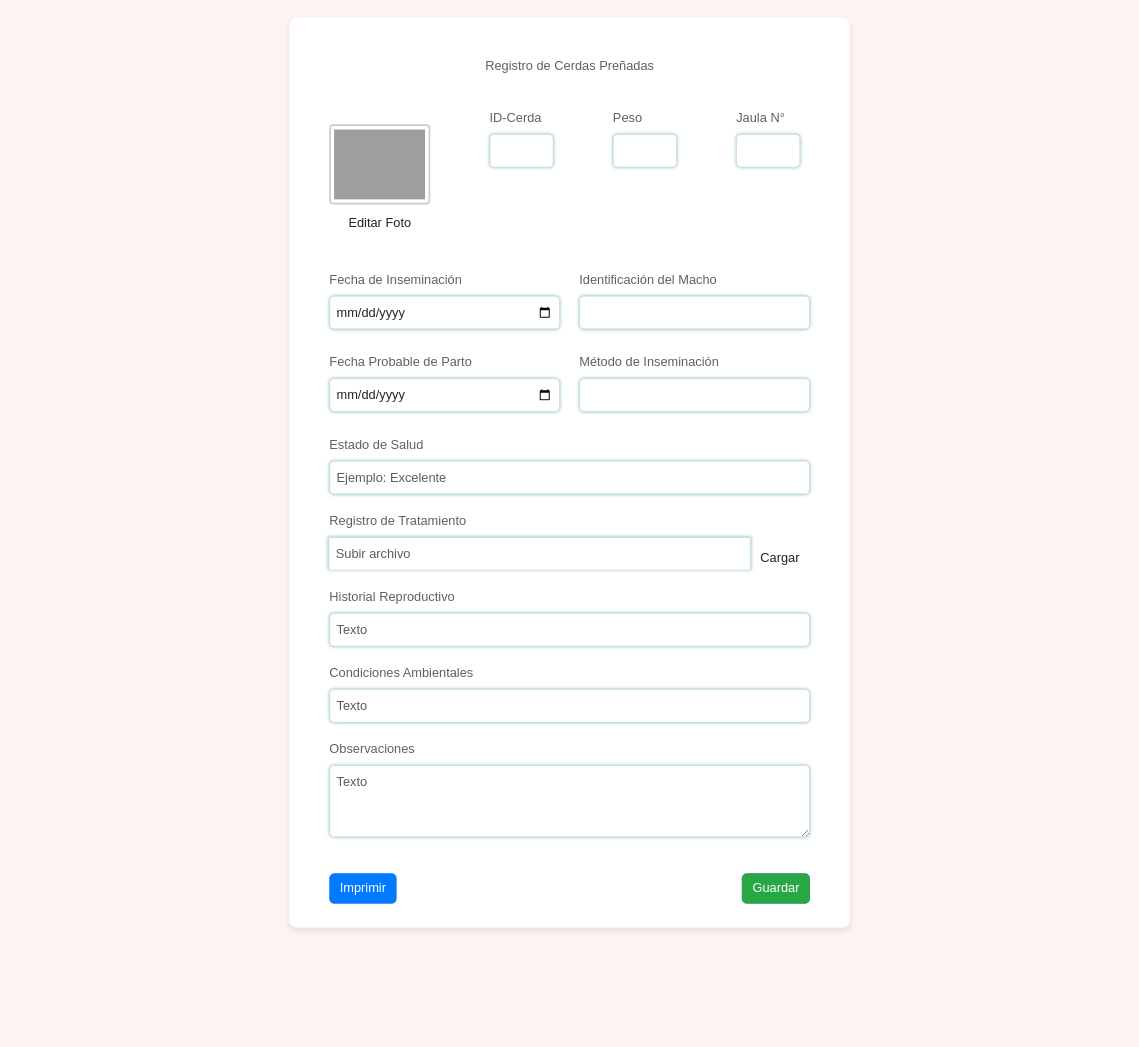
Repository: Mateojimenezz/Granja-Santa-Helena
Page: fomularioRegHembrasPreñadas.html
The author's editor kept a copy of each file at every save. The page is drawn from the files as they stood at one save, then again after a run of saves.
The browser window is 1280 px wide. The pictures show the whole page, at 89% of full size.
Pictures or frames that could not be fetched are drawn as grey boxes. Some web fonts or font styles are not loaded; a fallback is used.

Above is the page before, as saved 2025-04-29 10:57:01.

### fomularioRegHembrasPreñadas.html
<!DOCTYPE html>
<html lang="es">
<head>
  <meta charset="UTF-8">
  <meta name="viewport" content="width=device-width, initial-scale=1.0">
  <title>Formulario de Registro de Cerdas</title>
  <link href="https://cdn.jsdelivr.net/npm/bootstrap@5.3.0/dist/css/bootstrap.min.css" rel="stylesheet">
  <link href="https://fonts.googleapis.com/css2?family=Calistoga&display=swap" rel="stylesheet">
  <link rel="stylesheet" href="./assets/css/fomularioRegHembrasPreñadas.css">
</head>
<body>
    <div class="form-container">
        <h3 class="text-center mb-4">Registro de Cerdas Preñadas</h3>
        <form id="cerdaForm">
          <!-- Campos principales: ID, Peso y Jaula -->
          <div class="row mb-3 ">
            <div class=" col-md-3 DivphotoCerda text-center mb-4">
                <!-- Imagen de la cerda -->
                <img id="cerdaPhoto" src="./assets/img/default-photo.jpg" alt="Foto de la Cerda" class="img-thumbnail" >
                <!-- Botón para editar foto -->
                <a class="btn btn-cerdaPhoto mt-1" onclick="document.getElementById('photoInput').click()">Editar Foto</a>
                <!-- Input oculto para subir la foto -->
                <input type="file" id="photoInput" style="display: none;" accept="image/*" onchange="updatePhoto(event)">
              </div>
            <div class="col-md-2 input-group1 mb-3">
              <label for="idCerda" class="form-label">ID-Cerda</label>
              <input type="text" class="form-control" id="idCerda" name="idCerda" required>
            </div>
            <div class="col-md-2 input-group1">
              <label for="pesoCerda" class="form-label">Peso</label>
              <input type="text" class="form-control" id="pesoCerda" name="pesoCerda" required>
            </div>
            <div class="col-md-2 input-group1">
              <label for="jaulaCerda" class="form-label">Jaula N°</label>
              <input type="text" class="form-control" id="jaulaCerda" name="jaulaCerda" required>
            </div>
          </div>
          <div class="row mb-4">
            <!-- Fecha de Inseminación -->
            <div class="col-md-6">
              <label for="fechaInseminacion" class="form-label">Fecha de Inseminación</label>
              <input type="date" class="form-control" id="fechaInseminacion" name="fechaInseminacion" placeholder="DD/MM/AAAA" required>
            </div>

            <!-- Identificación del Macho -->
            <div class="col-md-6">
              <label for="idMacho" class="form-label">Identificación del Macho</label>
              <input type="text" class="form-control" id="idMacho" name="idMacho" required>
            </div>
            </div>
            <div class="row mb-4">
                <!-- Fecha Probable de Parto -->
                <div class="col-md-6">
                <label for="fechaParto" class="form-label">Fecha Probable de Parto</label>
                <input type="date" class="form-control" id="fechaParto" name="fechaParto" placeholder="DD/MM/AAAA" required>
            </div>

            <!-- Método de Inseminación -->
            <div class="col-md-6">
                <label for="metodoInseminacion" class="form-label">Método de Inseminación</label>
                <input type="text" class="form-control" id="metodoInseminacion" name="metodoInseminacion" required>
            </div>
            </div>
            <div class="row mb-4">
                <!-- Estado de Salud -->
                <div class="col-md-12 mb-3">
                  <label for="estadoSalud" class="form-label">Estado de Salud</label>
                  <input type="text" class="form-control" id="estadoSalud" name="estadoSalud" placeholder="Ejemplo: Excelente" required>
                </div>

                <!-- Registro de Tratamiento con el botón dentro del input -->
                <div class="col-md-12 mb-3">
                  <label for="registroTratamiento" class="form-label">Registro de Tratamiento</label>
                  <div class="input-group">
                    <input type="file" class="form-control" id="registroTratamiento" style="display: none;" accept=".pdf,.doc,.docx">
                    <input type="text" class="form-control" placeholder="Subir archivo" readonly id="archivoNombre">
                    <button type="button" class="btn btn-tratamiento mt-1" onclick="document.getElementById('registroTratamiento').click()">Cargar</button>
                  </div>
                </div>

                <!-- Historial Reproductivo -->
                <div class="col-md-12 mb-3">
                  <label for="historialReproductivo" class="form-label">Historial Reproductivo</label>
                  <input type="text" class="form-control" id="historialReproductivo" name="historialReproductivo" placeholder="Texto" required>
                </div>

                <!-- Condiciones Ambientales -->
                <div class="col-md-12 mb-3">
                  <label for="condicionesAmbientales" class="form-label">Condiciones Ambientales</label>
                  <input type="text" class="form-control" id="condicionesAmbientales" name="condicionesAmbientales" placeholder="Texto" required>
                </div>

                <!-- Observaciones -->
                <div class="col-md-12 mb-3">
                  <label for="observaciones" class="form-label">Observaciones</label>
                  <textarea class="form-control" id="observaciones" name="observaciones" rows="3" placeholder="Texto" required></textarea>
                </div>
              </div>





          <!-- Botones de imprimir y guardar -->
          <div class="button-group text-center">
            <button type="button" class="btn btn-primary btn-print me-2" onclick="imprimirFormulario()">Imprimir</button>
            <button type="submit" class="btn btn-success btn-save">Guardar</button>
          </div>
        </form>
      </div>



  <!-- Bootstrap JavaScript -->
  <script src="https://cdn.jsdelivr.net/npm/bootstrap@5.3.0/dist/js/bootstrap.bundle.min.js"></script>
  <script src="./assets/js/fomularioRegHembrasPreñadas.js"></script>

</body>
</html>

### assets/css/fomularioRegHembrasPreñadas.css
@import "./variables.css";
body {
    background-color: var(--color-FondoDiv2);
    font-family: Arial;
    color: var(--color-TextoMenuLateral);
    transform: scale(0.9); /* Escalar el contenido al 90% */
    transform-origin: top ; /* Mantener el contenido en la esquina superior izquierda */
    padding: 0;
  }
.form-container {
    max-width: 700px;
    margin:20px auto;
    padding: 30px 50px;
    background-color: var( --fondo-formularios);
    border-radius: 10px;
    box-shadow: 0 4px 8px rgba(0, 0, 0, 0.1);
  }
  .form-container h3 {
    font-family: var(--font-principal);
    color: var(--color-TextoMenuLateral);
    margin-top: 20px;
    padding-bottom: 20px;
    font-size: 1em;

  }
  .button-group {
    display: flex;
    justify-content: space-between;
    margin-top: 20px;
  }
  .btn-print {
    background-color: #007bff;
    color: white;
  }
  .btn-save {
    background-color: #28a745;
    color: white;
  }
  .btn:hover {
    opacity: 0.9;
  }
  .DivphotoCerda {
    margin-top: 20px;
    width: 150px;

  }
  .DivphotoCerda img {
    border-radius: 5px;
    border: 2px solid #c8cacc;
    width: 150px;
    height: 100px;
    object-fit: cover;
  }
  .input-group1{
    gap: 20px;
    margin-left: 50px;
  }
  .form-control {
    margin-bottom: 5px; /* Espaciado más reducido entre campos */
    padding: 8px; /* Reduce el tamaño interno del input */
    box-shadow: 0 0px 4px 0px  rgba(25, 157, 60, 0.6) /* Sombra verde */

  }
  .form-control:focus {
    border-color: var(--color-principal); /* Cambia el color del borde al enfocar */
    box-shadow: 0 0 4px var(--color-principal); /* Sombra verde al enfocar */
  }
  .btn




  @media screen and (max-width: 991px) {
    body {
      transform: scale(0.9); /* Escalar el contenido al 90% en pantallas pequeñas */
      margin:0px; /* Elimina el margen en pantallas pequeñas */

    }
    .form-container {
      padding: 20px; /* Reduce el padding en pantallas pequeñas */

    }
    .input-group1{
        gap: 10px;
        margin-left: 5px;
      }
      .DivphotoCerda {
      margin-left: 100px;
    }}

### assets/js/fomularioRegHembrasPreñadas.js

// Función para imprimir el formulario
function imprimirFormulario() {
  window.print();
}

// Función para guardar los datos
document.getElementById('cerdaForm').addEventListener('submit', async function (event) {
  event.preventDefault();

  // Crear un objeto FormData para enviar los datos
  const formData = new FormData(this);

  try {
    // Enviar los datos al backend
    const response = await fetch('http://localhost:3000/guardarCerda', {
      method: 'POST',
      body: formData
    });

    if (response.ok) {
      alert('Cerda registrada correctamente');
      this.reset(); // Reinicia el formulario
    } else {
      alert('Error al guardar los datos');
    }
  } catch (error) {
    console.error('Error:', error);
    alert('Ocurrió un problema al guardar los datos.');
  }
});
// Función para actualizar la foto de la cerda
function updatePhoto(event) {
const file = event.target.files[0];
if (file) {
const reader = new FileReader();
reader.onload = function (e) {
  const photoElement = document.getElementById('cerdaPhoto');
  photoElement.src = e.target.result;

  // Añadir margin-top de -20px
  photoElement.style.marginTop = '-20px';
};
reader.readAsDataURL(file);
}
}

//----------------------------------------------------------------------
//funcion para carar archivo

document.getElementById('registroTratamiento').addEventListener('change', function () {
    const archivo = this.files[0];
    if (archivo) {
      document.getElementById('archivoNombre').value = archivo.name;
    }
  });

### assets/css/variables.css
/* variables.css */
:root {
    --color-principal: #1CAD48 ;
    --color-Botones: rgba(255, 187, 0, 0.47);
    --color-texto: white;
    --color-fondo: #f5f5f5;
    --font-principal: 'calistoga','arial';
    --color-fondoDiv: #F8E91C;
    --color-FondoDiv2:#FFF2F2;
    --color-Footter: #D9D9D9;
    --letra-gris: #B0B0B7;
    --color-menu-lateral:#BDEAAD;
    --color-TextoMenuLateral:#645f5f; /* Color de texto del menú lateral */
    --fondo-formularios:#FFFFFF; /* Color de fondo de los formularios */
  }

After the next 4 saves:
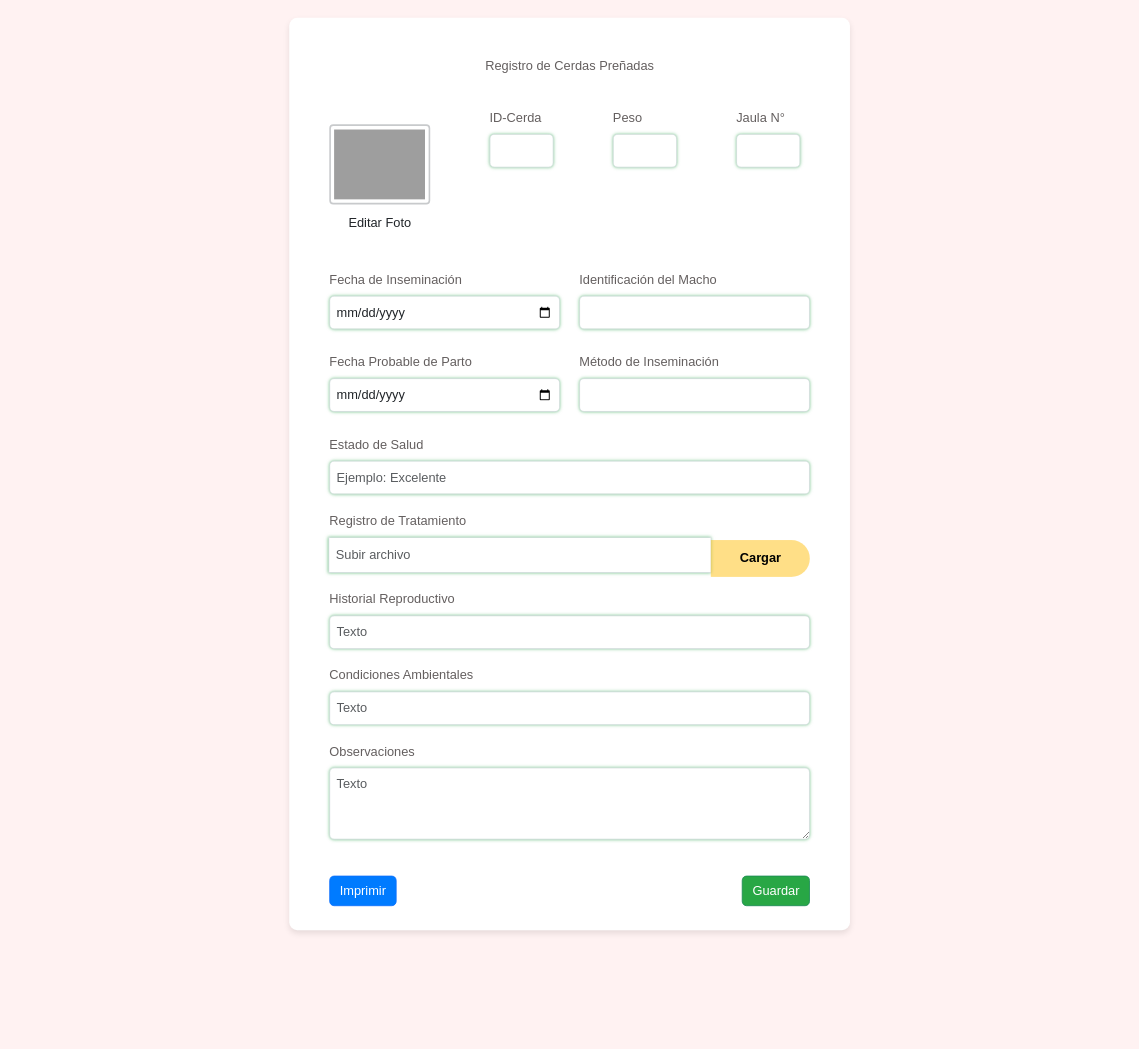
The 4 saves are shown as one change because they came seconds apart.
The last was saved 12 s later.
--- a/assets/css/fomularioRegHembrasPreñadas.css
+++ b/assets/css/fomularioRegHembrasPreñadas.css
@@ -65,7 +65,13 @@ body {
     border-color: var(--color-principal); /* Cambia el color del borde al enfocar */
     box-shadow: 0 0 4px var(--color-principal); /* Sombra verde al enfocar */
   }
-  .btn
+  .btn-tratamiento{
+    background-color: var(  --color-Botones);
+    padding: 10px 35px;
+    border-radius: 30px;
+    color: black;
+    font-weight: bold;
+  }
 
 
 
